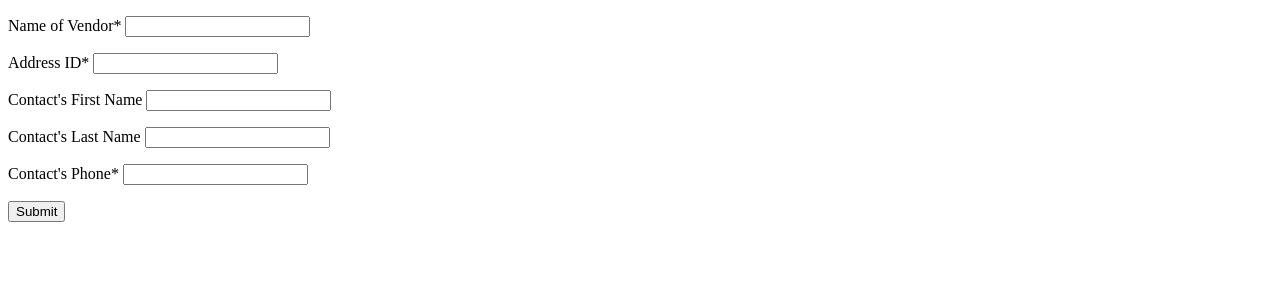
Repository: JoeyTatu/AWSCloud9Backup-GoldenYearsProject
Page: keithhtml/vendor_form.html
The author's editor kept a record of every edit. The page is drawn from the files as they stood at one moment, then again after the next edit.
The browser window is 1280 px wide. The pictures show the whole page.

Above is the page before.

After the next edit:
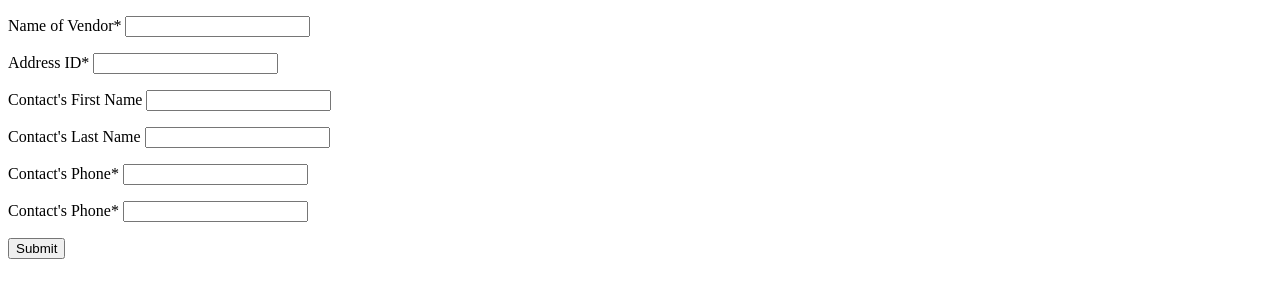
The edit:
--- a/keithhtml/vendor_form.html
+++ b/keithhtml/vendor_form.html
@@ -26,6 +26,10 @@
         <label for="venue_phone">Contact's Phone*</label>
         <input type="tel" name="venue_phone" id="venue_phone" required>
     </p>
+        <p>
+        <label for="venue_phone">Contact's Phone*</label>
+        <input type="tel" name="venue_phone" id="venue_phone" required>
+    </p>
     <input type="submit" value="Submit">
 </form>
 </body>
